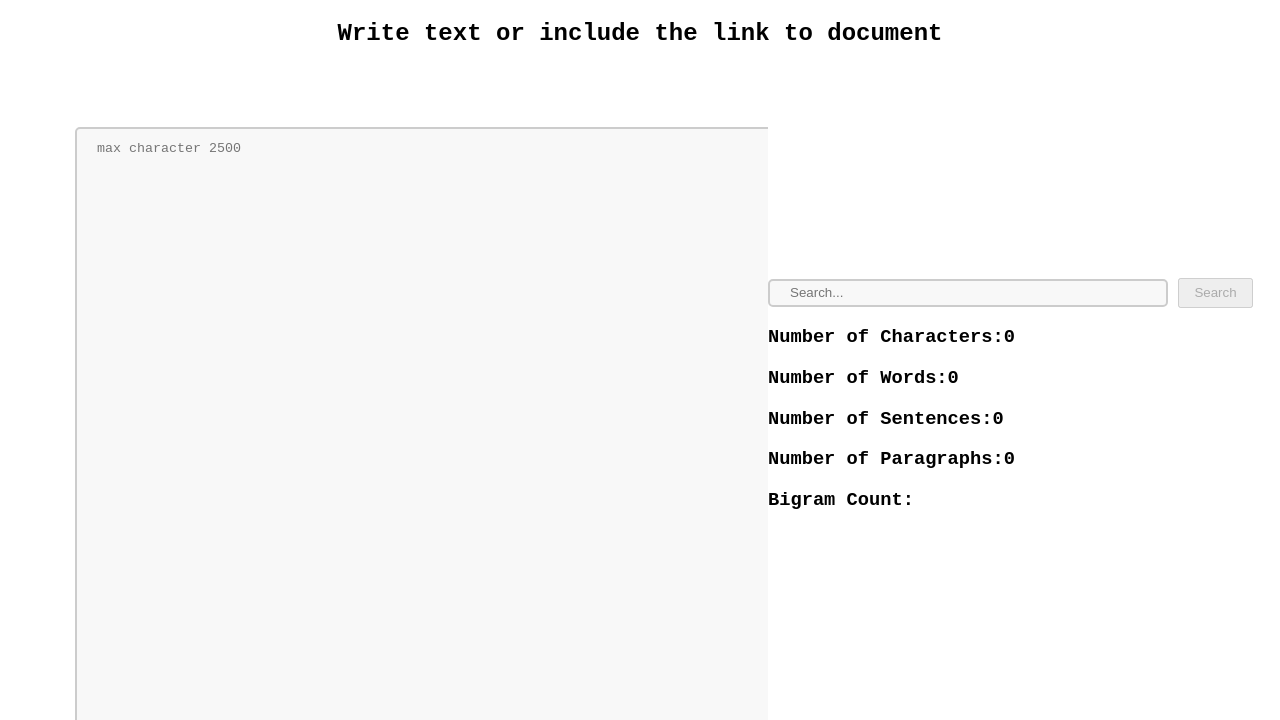
Repository: zitac234/TTPProject
Page: /
These files come from the project's save history. The page is drawn as it stood at one moment and after a run of saves; the edit follows.
The browser window is 1280 px wide. The pictures show the whole page.
The project was rebuilt for these pictures with package versions that can differ from the ones it lists, and the page was loaded fresh each time. Also part of the build but not shown: webpack.config.js.

Above is the page before, as saved 2021-06-21 05:53:36.

### public/index.html
<!DOCTYPE html>
<html lang="en">
<head>
      <meta charset="UTF-8">
      <meta http-equiv="X-UA-Compatible" content="IE=edge">
      <meta name="viewport" content="width=device-width, initial-scale=1.0">
      <script src="/bundle.js" defer></script>
      <title>Google Word Count</title>
      <link rel="stylesheet" href="/style.css" />
</head>
<body>
      <div id="app"></div>
</body>
</html>

### client/index.js
import React from 'react';
// import Form from './Form'
import CreateForm from './CreateForm'
import ReactDOM from 'react-dom';

ReactDOM.render(
  // <Form/>,
  <CreateForm/>,
  document.getElementById('app')
)

### client/CreateForm.js
import React, { useEffect, useState } from 'react'
import Form  from './Form'

export default function CreateForm (props) {
      const [text, setText] = useState('')
      const [search, setSearch] = useState('')
      let [counted, numberOfCharacter] = [0,0]
      function handleChange(evt){
            if(evt.target.name === 'text') setText(evt.target.value)
            else setSearch(evt.target.value)
      }
      function handleSubmit(evt){
            evt.preventDefault()
      }
      useEffect(()=>{
            document.getElementById('btn').addEventListener('click', ()=>{
                  let SearchArray = counts(text, ' ')[1].filter(word => word === search)
                  let searchWord = (SearchArray)? `There are ${SearchArray.length} ${search}.`:`There is no ${search}.`
                  document.getElementById('result').innerHTML = searchWord
            })
      })
      return(
            <Form
                  text={text}
                  search={search}
                  handleChange={handleChange}
                  handleSubmit={handleSubmit}
                  numberOfCharacter = {countCharacters}
                  counted = {counts}
            />
      )
}
const counts = (str,demilter)=>{
      let textSplit = str.split(demilter)
      let strArray = textSplit.filter(s => s && s.trim())
      return [strArray.length, strArray]
}
const countCharacters = (str)=>{
      let textSplit = str.split('')
      let characterArray = textSplit.filter(character => character)
      return characterArray.length
}

### client/Form.js
import React from 'react'

export default function Form(props){
      let numberOfSentence =( props.counted(props.text,   /[!\.\?]/) || 0)
      let numberOfWord = (props.counted(props.text,   ' ') || 0)
      let  numberOfParagraph= (props.counted(props.text,  /\r?\n/) || 0)
      return (
            <div>
                  <h2 id = 'paragraph'>Write text or include the link to document</h2>
                  <div className = 'split left'>
                        <div  className = 'centered'>
                              <p  id = 'line'><textarea  name= 'text'   onChange={props.handleChange} id = 'textarea'  placeholder = 'max character 2500' maxLength='2500'></textarea></p>
                        </div>
                  </div>
                  <div className = 'split right'>
                        <div className = 'centered'>
                              <form  onSubmit={props.handleSubmit} >
                                    <input  name="search"  onChange={props.handleChange} type="text" placeholder = 'Search...'/>
                                    <button  id =  'btn'  type='submit' disabled={!props.search} >Search</button>
                              </form>
                              <h3 id = 'result'></h3>
                              <h3>Number of Characters:{props.numberOfCharacter(props.text)}</h3>
                              <h3>Number of Words:{numberOfWord[0]}</h3>
                              <h3>Number of Sentences:{numberOfSentence[0]}</h3>
                               <h3>Number of Paragraphs:{numberOfParagraph[0]}</h3>
                              <h3>Bigram  Count:</h3>
                        </div>
                  </div>
            </div>
      )
}

### public/style.css
body{
      font-family: 'Courier New', Courier, monospace;
      background-color: lig;
}
.split{
      height: 100%;
      position: fixed;
      z-index: 1;
      top: 0;
      overflow-x: hidden;
      overflow-y: hidden
}
#line{
      border-right: 2px solid black;
      padding: 75px;
}
.left{
      left:0;
      width: 60%;
}
.right{
      right:0%;
      width: 40%;
}
.centered {
      position: absolute;
      top: 5%;
}
textarea {
      width: 700px;
      height: 650px;
      left: 5%;
}
input{
      margin-top: 50%;
      width: 400px;
      height:25px;
}
input, textarea{
      padding: 12px 20px;
      box-sizing: border-box;
      border: 2px solid #ccc;
      border-radius: 5px;
      background-color: #f8f8f8;
      resize: none;
}
button{
      width:75px;
      height: 30px;
      margin-left: 10px;
}
#paragraph{
      text-align: center;
}

After the next 2 saves:
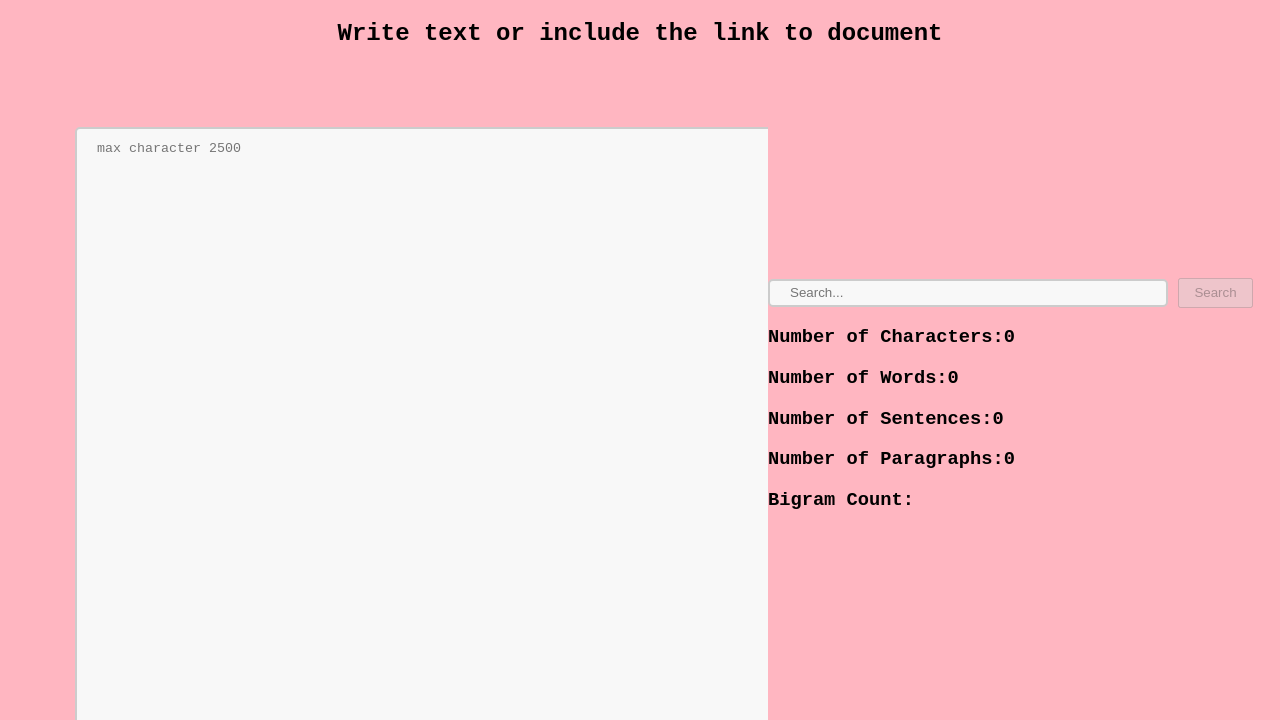
The 2 saves are shown as one change because they came seconds apart.
The last was saved 6 s later.
--- a/public/style.css
+++ b/public/style.css
@@ -1,6 +1,6 @@
 body{
       font-family: 'Courier New', Courier, monospace;
-      background-color: lig;
+      background-color: lightpink;
 }
 .split{
       height: 100%;
